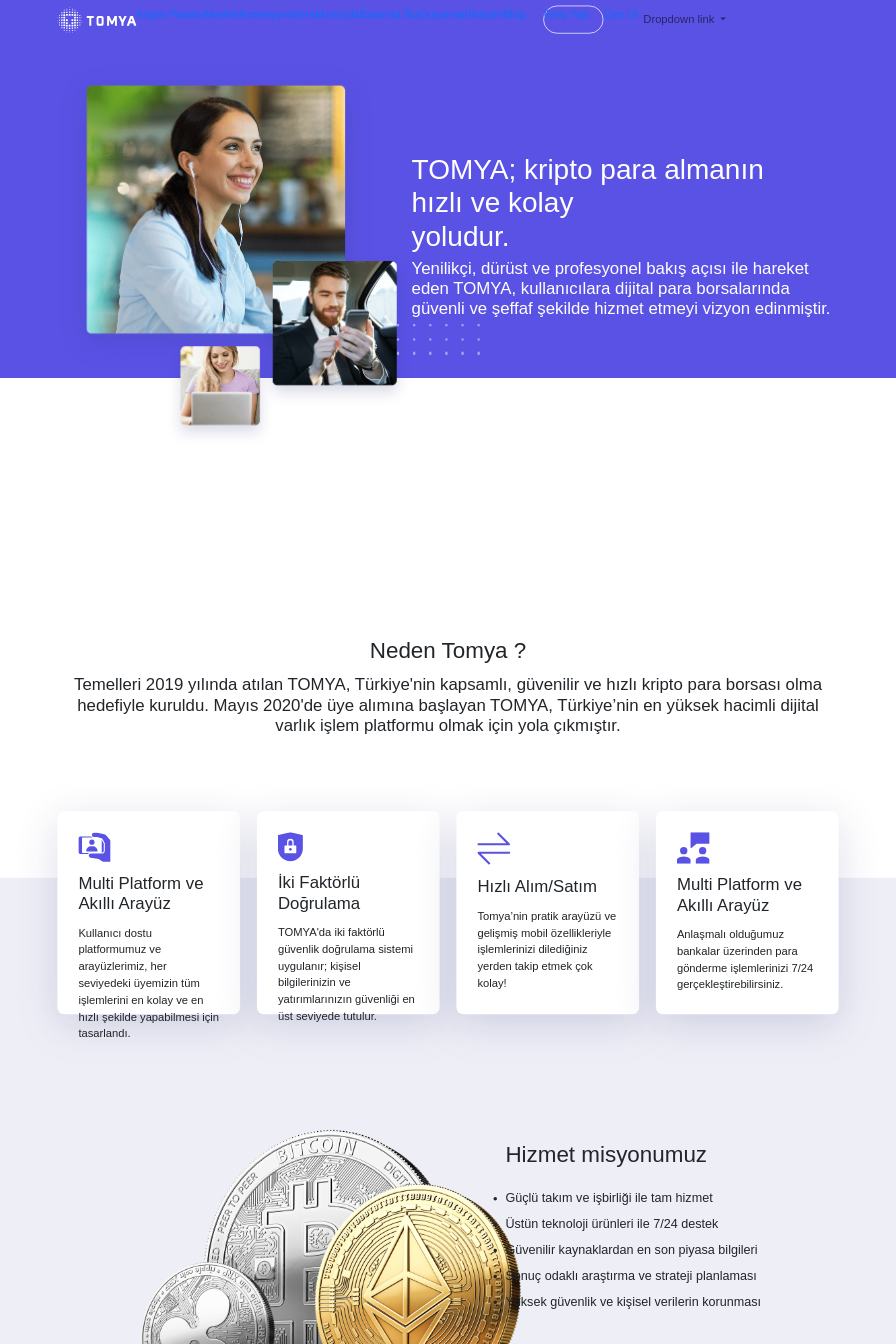
Repository: ezgibayrakli/TomyaProje
Page: index copy.html
These files come from the project's save history. The page is drawn as it stood at one moment and after the next save; the edit follows.
The browser window is 1280 px wide. The pictures show the part of the page from y = 0 to 1920 px (the page is 5181 px tall), at 70% of full size.
Some web fonts or font styles are not loaded; a fallback is used.

Above is the page before, as saved 2023-07-06 13:31:55.

After the next save:
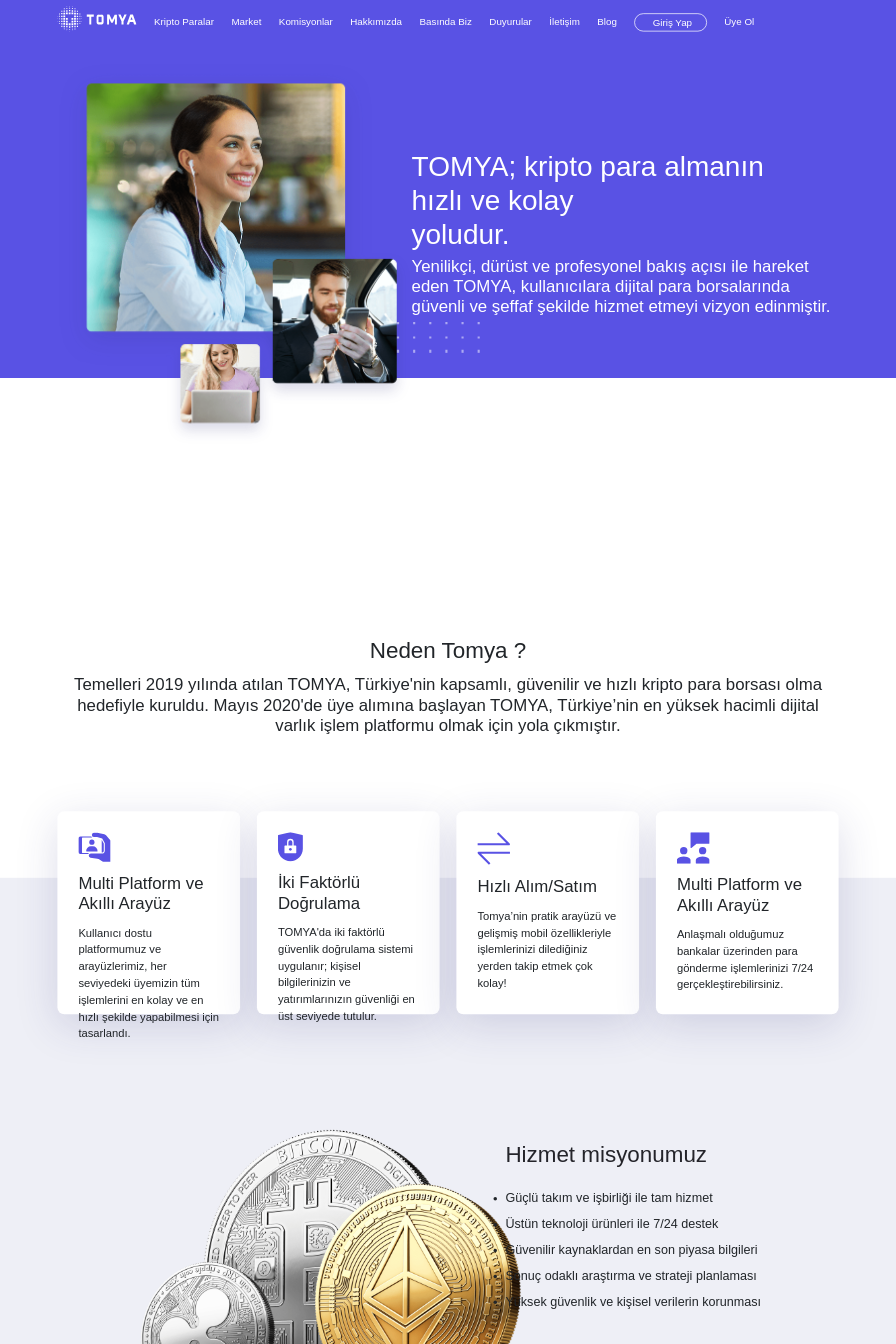
Saved 30 s later.
--- a/index copy.html
+++ b/index copy.html
@@ -21,28 +21,18 @@
                       <span class="navbar-toggler-icon"></span>
                     </button>
                     <div class="collapse navbar-collapse" id="navbarNavDropdown">
-                      <ul class="navbar-nav">
-                        <li><a href="#">Kripto Paralar</a></li>
-                        <li><a href="#">Market</a></li>
-                        <li><a href="#">Komisyonlar</a></li>
-                        <li><a href="#">Hakkımızda</a></li>
-                        <li><a href="#">Basında Biz</a></li>
-                        <li><a href="#">Duyurular</a></li>
-                        <li><a href="#">İletişim</a></li>
-                        <li><a href="#">Blog</a></li>
-                        <li class="enter"><a href="#">Giriş Yap</a></li>
-                        <li><a href="#">Üye Ol</a></li>
-                        <li class="nav-item dropdown">
-                          <a class="nav-link dropdown-toggle" href="#" id="navbarDropdownMenuLink" data-toggle="dropdown" aria-haspopup="true" aria-expanded="false">
-                            Dropdown link
-                          </a>
-                          <div class="dropdown-menu" aria-labelledby="navbarDropdownMenuLink">
-                            <a class="dropdown-item" href="#">Action</a>
-                            <a class="dropdown-item" href="#">Another action</a>
-                            <a class="dropdown-item" href="#">Something else here</a>
-                          </div>
-                        </li>
-                      </ul>
+                        <ul class="main-menu-header navbar-nav">
+                            <li><a href="#">Kripto Paralar</a></li>
+                            <li><a href="#">Market</a></li>
+                            <li><a href="#">Komisyonlar</a></li>
+                            <li><a href="#">Hakkımızda</a></li>
+                            <li><a href="#">Basında Biz</a></li>
+                            <li><a href="#">Duyurular</a></li>
+                            <li><a href="#">İletişim</a></li>
+                            <li><a href="#">Blog</a></li>
+                            <li class="enter"><a href="#">Giriş Yap</a></li>
+                            <li><a href="#">Üye Ol</a></li>
+                        </ul>
                     </div>
                   </nav>
                 <div class="header-text">
